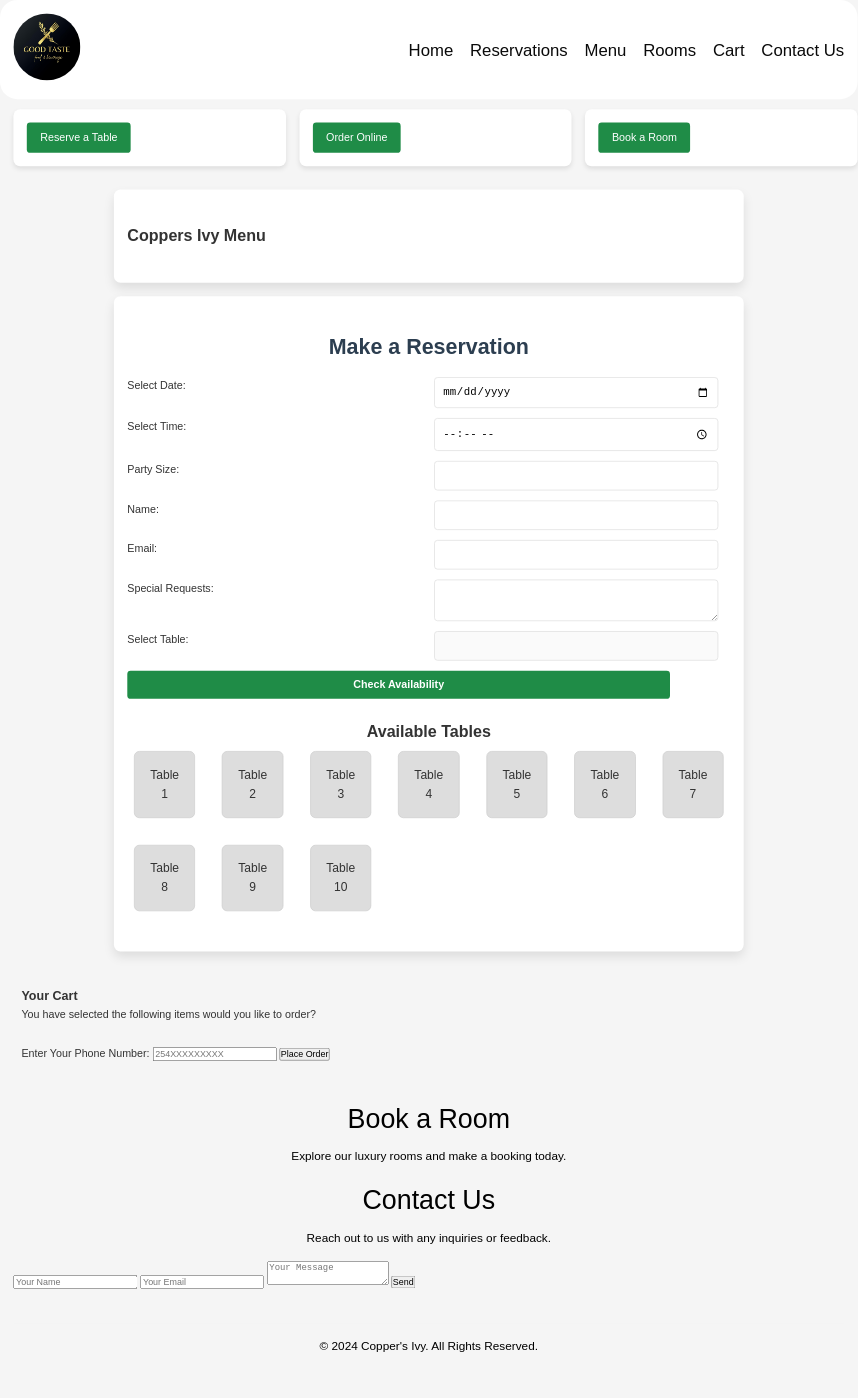
Repository: malingubarnice/Online-Reservation-System
Page: index.html
The author's editor kept a copy of each file at every save. The page is drawn from the files as they stood at one save, then again after the next save.
The browser window is 1280 px wide. The pictures show the whole page, at 67% of full size.

Above is the page before, as saved 2025-02-08 17:38:19.

### index.html
<!DOCTYPE html>
<html lang="en">
<head>
  <meta charset="UTF-8">
  <meta name="viewport" content="width=device-width, initial-scale=1.0">
  <title>Copper's Ivy Integrated Suite</title>
  <link rel="stylesheet" href="styles.css">
</head>



<body>
  <!-- Navigation Bar -->
  <header>
    <div class="logo">
      <img src="assets/logo.jpg" alt="Copper Ivy Logo">
    </div>
    <nav class="navbar">
      <ul>
        <li><a href="#menu">Home</a></li>
        <li><a href="#reservations">Reservations</a></li>
        <li><a href="#menu">Menu</a></li>
        <li><a href="#rooms">Rooms</a></li>
        <li><a href="#cart">Cart</a></li>
        <li><a href="#contact">Contact Us</a></li>
      </ul>
    </nav>
  </header>



  <!-- Features Section -->
  <section class="features">
    <div class="feature">
      <a href="#reservations" class="btn">Reserve a Table</a>
    </div>
    <div class="feature">
      <a href="#menu" class="btn">Order Online</a>
    </div>
    <div class="feature">
      <a href="#rooms" class="btn">Book a Room</a>
    </div>
  </section>

  <!-- Menu Section -->
  <section id="menu">
    <h1>Coppers Ivy Menu</h1>
    <div class="menu-items">
      <!-- Menu items dynamically loaded -->
    </div>
  </section>








  <!-- Reservations Section -->
<section id="reservations">
    <h1>Make a Reservation</h1>
    <div class="reservation-form">
      <form action="send.php" method="post">
        <label for="date">Select Date:</label>
        <input type="date" id="date" name="date" required>

        <label for="time">Select Time:</label>
        <input type="time" id="time" name="time" required>

        <label for="party-size">Party Size:</label>
        <input type="number" id="party-size" name="party-size" min="1" max="20" required>

        <label for="customer-name">Name:</label>
        <input type="text" id="customer-name" name="customer-name" required>

        <label for="contact-info">Email:</label>
        <input type="text" id="contact-info" name="contact-info" required>

        <label for="special-requests">Special Requests:</label>
        <textarea id="special-requests" name="special-requests"></textarea>

        <label for="selected-table">Select Table:</label>
        <input type="text" id="selected-table" name="selected-table" disabled>

        <button type="submit" class="reserve-btn">Check Availability</button>
    </form>


    </div>

    <!-- Table Layout Section -->
    <div class="table-layout">
        <h2>Available Tables</h2>
        <div class="tables">
            <!-- Table icons dynamically loaded -->
        </div>
    </div>
</section>




    <!-- Order Section -->
    <section id="order-online">
        <!-- Menu Items -->
        <div class="menu-items">
            <!-- Menu items dynamically loaded from the backend -->
        </div>


  <!-- Cart Section -->
    <section id="cart">
      <h1>Your Cart</h1>
      <p>You have selected the following items would you like to order?</p>
      <div class="cart-items">
        <!-- Cart items dynamically loaded -->
      </div>
  </section>
        <!-- Order Form -->
        <div class="order-form">
            <div class="order-list">
                <!-- Dynamically added ordered items will appear here -->
            </div>

            <!-- Phone number input (used for STK Push) -->
            <label for="phone">Enter Your Phone Number:</label>
            <input type="text" id="phone" placeholder="254XXXXXXXXX">
            <button class="place-order-btn">Place Order</button>
        </div>
    </section>




<!-- Rooms Section -->
<section id="rooms">
  <h1>Book a Room</h1>
  <p>Explore our luxury rooms and make a booking today.</p>

  <div class="room-list">
    <!-- Room cards dynamically loaded -->
  </div>

  <!--A Booking Form-->
<!-- Booking form (initially hidden) -->

<div class="booking-form hidden">
  <form action="send_room.php" method="post" id="room-booking-form">
      <input type="hidden" id="room_id" name="room_id">  <!-- Hidden input for room ID -->
      <label for="room-selection">Room</label>
      <input type="text" id="room-selection" name="room_name" readonly>

      <label for="check-in-date">Check-in Date</label>
      <input type="date" id="check-in-date" name="check_in_date" required>

      <label for="check-out-date">Check-out Date</label>
      <input type="date" id="check-out-date" name="check_out_date" required>

      <label for="guest-count">Number of Guests</label>
      <input type="number" id="guest-count" name="guest_count" min="1" required>

      <label for="contact-info">Contact Information</label>
      <input type="text" id="contact-info" name="contact-info" placeholder="Enter your contact info" required>

      <p id="price"></p>

      <button type="submit">Book Room</button>
  </form>
</div>






  <!-- Contact Section -->
  <section id="contact">
    <h1>Contact Us</h1>
    <p>Reach out to us with any inquiries or feedback.</p>
    <form action="https://formsubmit.co/abe6aa3a3e17f53c98754b49282f4908" method="POST" class="contact-form" >
      <input type="text" name="name" placeholder="Your Name" required>
      <input type="email" name="email" placeholder="Your Email" required>
      <textarea name="message" placeholder="Your Message" required></textarea>
      <button type="submit">Send</button>
  </form>

  </section>

  <!-- Footer -->
  <footer>
    <p>&copy; 2024 Copper's Ivy. All Rights Reserved.</p>
  </footer>


  <script src="https://cdn.botpress.cloud/webchat/v2.2/inject.js"></script>
  <script src="https://files.bpcontent.cloud/2024/12/05/06/20241205062412-612LYK8G.js"></script>

  <!-- External JavaScript -->
  <script src="https://code.jquery.com/jquery-3.6.0.min.js"></script>
  <script>
    $(document).ready(function() {
      $(".place-order-btn").click(function() {
        // Get the phone number from the input field
        var phone = $("#phone").val();

        // Validate the phone number input
        if (!phone || phone.length !== 12 || !phone.startsWith('254')) {
          alert("Please enter a valid phone number starting with '254'.");
          return;
        }

        var amount = 1;  // Amount to be charged (1 shilling for your project)

        // Send AJAX request to PHP for triggering STK Push
        $.ajax({
          url: 'stkpush.php',  // PHP file that processes STK Push
          type: 'POST',
          data: {
            phone: phone,
            amount: amount
          },
          success: function(response) {
            alert("STK Push initiated! Response: " + response);
          },
          error: function() {
            alert("Error initiating STK Push.");
          }
        });
      });
    });
  </script>




  <script src="script.js"></script>
</body>
</html>

Loaded but not shown: script.js (303 lines, source omitted); styles.css (555 lines, source omitted)

After the next save:
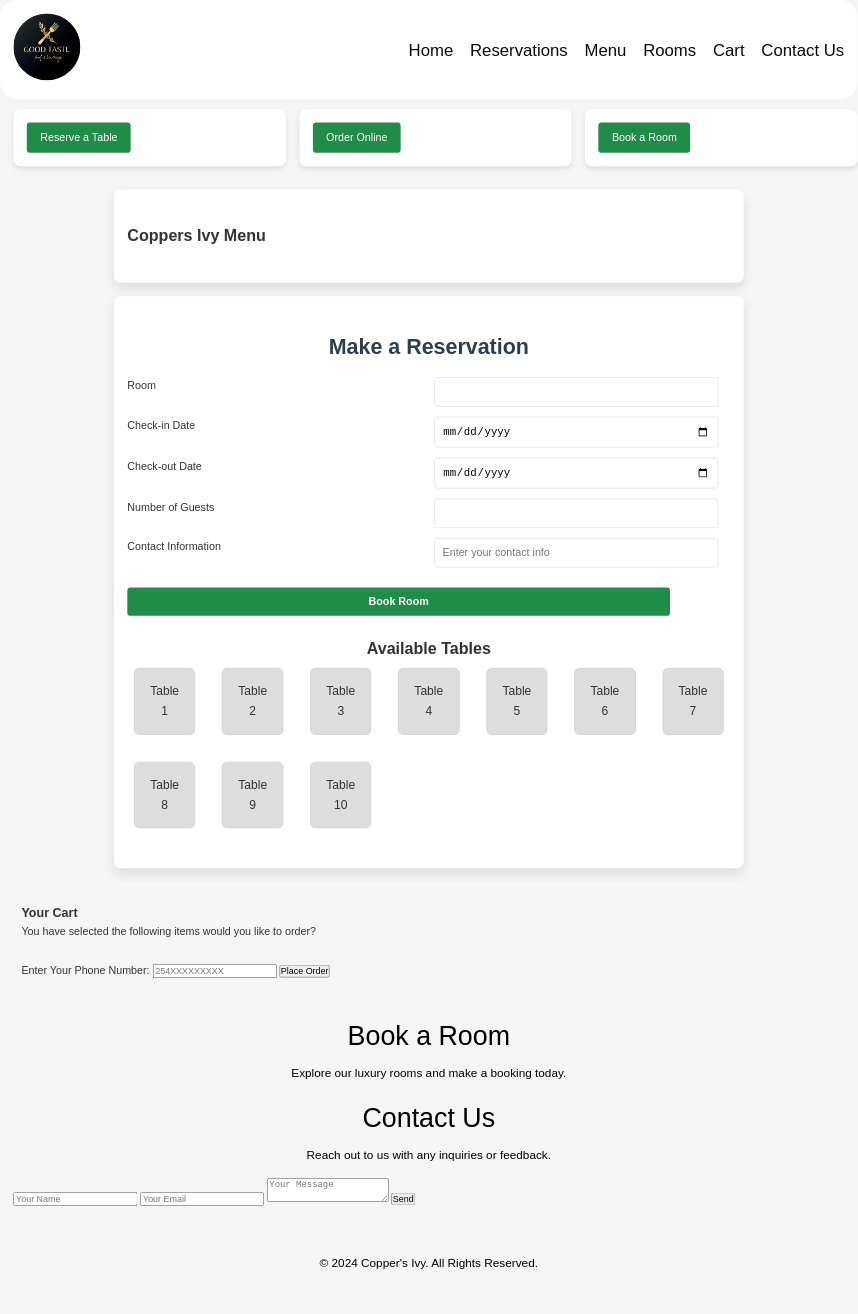
Saved 6 min 33 s later.
--- a/index.html
+++ b/index.html
@@ -61,33 +61,31 @@
 <section id="reservations">
     <h1>Make a Reservation</h1>
     <div class="reservation-form">
-      <form action="send.php" method="post">
-        <label for="date">Select Date:</label>
-        <input type="date" id="date" name="date" required>
-
-        <label for="time">Select Time:</label>
-        <input type="time" id="time" name="time" required>
-
-        <label for="party-size">Party Size:</label>
-        <input type="number" id="party-size" name="party-size" min="1" max="20" required>
-
-        <label for="customer-name">Name:</label>
-        <input type="text" id="customer-name" name="customer-name" required>
-
-        <label for="contact-info">Email:</label>
-        <input type="text" id="contact-info" name="contact-info" required>
-
-        <label for="special-requests">Special Requests:</label>
-        <textarea id="special-requests" name="special-requests"></textarea>
-
-        <label for="selected-table">Select Table:</label>
-        <input type="text" id="selected-table" name="selected-table" disabled>
-
-        <button type="submit" class="reserve-btn">Check Availability</button>
-    </form>
-
-
-    </div>
+      <form action="send_room.php" method="post" id="room-booking-form">
+          <!-- Hidden input for room ID -->
+          <input type="hidden" id="room_id" name="room_id">
+
+          <label for="room-selection">Room</label>
+          <input type="text" id="room-selection" name="room_name" readonly>
+
+          <label for="check-in-date">Check-in Date</label>
+          <input type="date" id="check-in-date" name="check_in_date" required>
+
+          <label for="check-out-date">Check-out Date</label>
+          <input type="date" id="check-out-date" name="check_out_date" required>
+
+          <label for="guest-count">Number of Guests</label>
+          <input type="number" id="guest-count" name="guest_count" min="1" required>
+
+          <label for="contact-info">Contact Information</label>
+          <input type="text" id="contact-info" name="contact-info" placeholder="Enter your contact info" required>
+
+          <p id="price"></p>
+
+          <button type="submit" class="reserve-btn">Book Room</button>
+      </form>
+  </div>
+
 
     <!-- Table Layout Section -->
     <div class="table-layout">

After the save that followed:
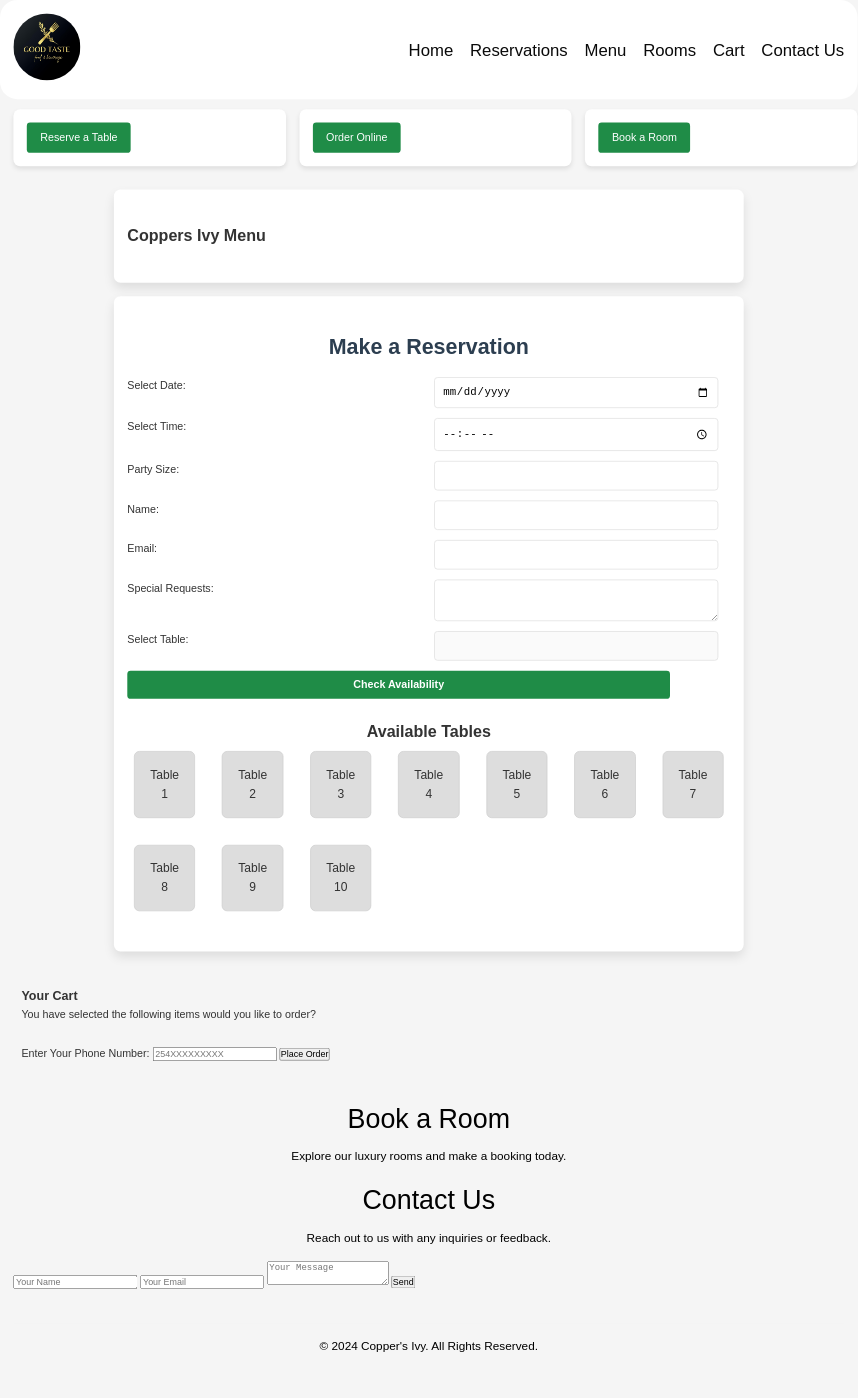
Saved 4 min 22 s later.
--- a/index.html
+++ b/index.html
@@ -61,31 +61,33 @@
 <section id="reservations">
     <h1>Make a Reservation</h1>
     <div class="reservation-form">
-      <form action="send_room.php" method="post" id="room-booking-form">
-          <!-- Hidden input for room ID -->
-          <input type="hidden" id="room_id" name="room_id">
-
-          <label for="room-selection">Room</label>
-          <input type="text" id="room-selection" name="room_name" readonly>
-
-          <label for="check-in-date">Check-in Date</label>
-          <input type="date" id="check-in-date" name="check_in_date" required>
-
-          <label for="check-out-date">Check-out Date</label>
-          <input type="date" id="check-out-date" name="check_out_date" required>
-
-          <label for="guest-count">Number of Guests</label>
-          <input type="number" id="guest-count" name="guest_count" min="1" required>
-
-          <label for="contact-info">Contact Information</label>
-          <input type="text" id="contact-info" name="contact-info" placeholder="Enter your contact info" required>
-
-          <p id="price"></p>
-
-          <button type="submit" class="reserve-btn">Book Room</button>
-      </form>
-  </div>
-
+      <form action="send.php" method="post">
+        <label for="date">Select Date:</label>
+        <input type="date" id="date" name="date" required>
+
+        <label for="time">Select Time:</label>
+        <input type="time" id="time" name="time" required>
+
+        <label for="party-size">Party Size:</label>
+        <input type="number" id="party-size" name="party-size" min="1" max="20" required>
+
+        <label for="customer-name">Name:</label>
+        <input type="text" id="customer-name" name="customer-name" required>
+
+        <label for="contact-info">Email:</label>
+        <input type="text" id="contact-info" name="contact-info" required>
+
+        <label for="special-requests">Special Requests:</label>
+        <textarea id="special-requests" name="special-requests"></textarea>
+
+        <label for="selected-table">Select Table:</label>
+        <input type="text" id="selected-table" name="selected-table" disabled>
+
+        <button type="submit" class="reserve-btn">Check Availability</button>
+    </form>
+
+
+    </div>
 
     <!-- Table Layout Section -->
     <div class="table-layout">
